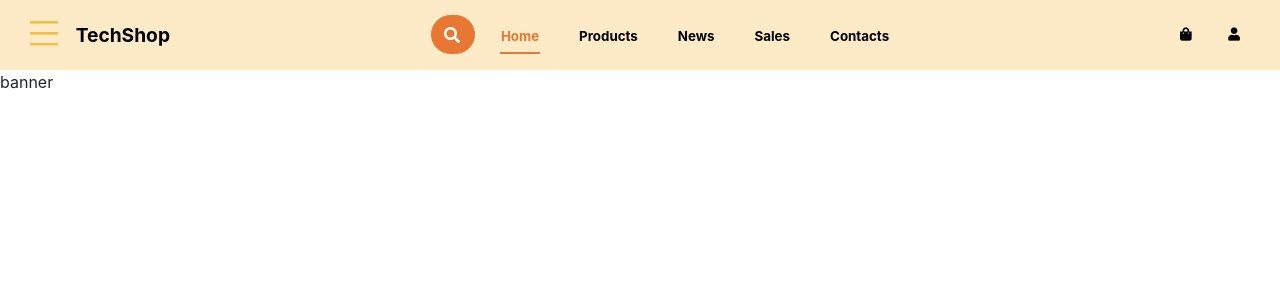
Repository: dinhngocup/TechShop
Page: /home
The author's editor kept a copy of each file at every save. The page is drawn from the files as they stood at one save, then again after a run of saves.
The browser window is 1280 px wide. The pictures show the whole page.
Some web libraries are served in a nearby version. The project was rebuilt for these pictures with package versions that can differ from the ones it lists, and the page was loaded fresh each time. Also part of the build but not shown: src/App.css, src/components/news.jsx, src/components/Home/Banner/_banner.scss.

Above is the page before, as saved 2021-03-17 02:09:07.

### public/index.html
<!doctype html>
<html lang="en">
  <head>
    <title>Title</title>
    <!-- Required meta tags -->
    <meta charset="utf-8">
    <meta name="viewport" content="width=device-width, initial-scale=1, shrink-to-fit=no">

    <!-- Bootstrap CSS -->
    <link rel="stylesheet" href="https://stackpath.bootstrapcdn.com/bootstrap/4.3.1/css/bootstrap.min.css" integrity="sha384-ggOyR0iXCbMQv3Xipma34MD+dH/1fQ784/j6cY/iJTQUOhcWr7x9JvoRxT2MZw1T" crossorigin="anonymous">

    <!-- Font awesome-->
    <link rel="stylesheet" href="https://maxcdn.bootstrapcdn.com/font-awesome/4.7.0/css/font-awesome.min.css">
    <link rel="stylesheet" href="https://cdnjs.cloudflare.com/ajax/libs/font-awesome/5.13.0/css/all.min.css">
  </head>
  <body>
    <div id="root"></div>
    <!-- Optional JavaScript -->
    <!-- jQuery first, then Popper.js, then Bootstrap JS -->
    <script src="https://code.jquery.com/jquery-3.3.1.slim.min.js" integrity="sha384-q8i/X+965DzO0rT7abK41JStQIAqVgRVzpbzo5smXKp4YfRvH+8abtTE1Pi6jizo" crossorigin="anonymous"></script>
    <script src="https://cdnjs.cloudflare.com/ajax/libs/popper.js/1.14.7/umd/popper.min.js" integrity="sha384-UO2eT0CpHqdSJQ6hJty5KVphtPhzWj9WO1clHTMGa3JDZwrnQq4sF86dIHNDz0W1" crossorigin="anonymous"></script>
    <script src="https://stackpath.bootstrapcdn.com/bootstrap/4.3.1/js/bootstrap.min.js" integrity="sha384-JjSmVgyd0p3pXB1rRibZUAYoIIy6OrQ6VrjIEaFf/nJGzIxFDsf4x0xIM+B07jRM" crossorigin="anonymous"></script>
  </body>
</html>

### src/App.js
import Header from "./components/Header/header";
import "./App.css";
import News from './components/news'
import Home from './components/Home/home'
import {
  BrowserRouter as Router,
  Switch,
  Route,
} from "react-router-dom";
function App() {
  return (
    <Router>
      <Header />
      <Switch>
        <Route path="/home" component={Home}/>
        <Route path="/shopping-cart" />
        <Route path="/user-info" />
        <Route path="/products" />
        <Route path="/news" component={News}/>
        <Route path="/sales" />
        <Route path="/contacts" />
      </Switch>
    </Router>
  );
}

export default App;

### src/components/Header/header.jsx
import React from 'react';
import './_header.scss'
import Menu from './Menu/menu'
import Nav from './Nav/nav'
import Info from './Info/info'

function Header() {
    return (
        <div className='header d-flex'>
            <Menu />
            <Nav />
            <Info />
        </div>
    );
}

export default Header;

### src/components/Home/home.jsx
import React from 'react'
import Banner from './Banner/banner'
import './_home.scss'
function Home() {
    return (
        <div className="body-content">
            <Banner />

        </div>
    )
}



export default Home

### src/components/Header/_header.scss
.header {
   height: 70px;
   background-color: rgb(252,235,198);
   flex-direction: row;
   align-items: center;
   justify-content: space-between;
   padding: 0px 30px;
   width: 100%;
   position: fixed;
}

### src/components/Header/Menu/menu.jsx
import React, { useState, useEffect } from "react";
import "./_menu.scss";
import { Link } from "react-router-dom";
import MenuItem from "./menu-item";

function Menu() {
  const [isHiddingMenu, setIsHiddingMenu] = useState(false);
  const [nav, setNav] = useState("");
  const [li, setLi] = useState("");

  //const [menuItems, setMenuItems] = useState("");

  const placeLiElement = (li, nav) => {
    let boundary_y = li[0].getBoundingClientRect().top;
    li.forEach((el, i) => {
      let top =
        el.getBoundingClientRect().top +
        el.getAttribute("data-group") * -11 -
        boundary_y;
      el.style.setProperty("--top", top);
      el.style.setProperty("--delay-close", `${i * 0.1}s`);
      el.style.setProperty("--delay-open", `${(li.length - i) * 0.1}s`);
    });
    nav.classList.toggle("nav-closed");

  }


  //get nav & li position
  useEffect(() => {
    let navElement = document.getElementById("hidden-menu");
    let liElement = navElement.querySelectorAll("li");
    let group_size = Math.ceil(liElement.length / 3);
    let group_index = 0;
    setNav(navElement);
    setLi(liElement);
    liElement.forEach((e, i) => {
      e.setAttribute("data-group", group_index);
      group_index =
        i % group_size === group_size - 1 ? group_index + 1 : group_index;
    });

    setIsHiddingMenu(true);
    placeLiElement(liElement, navElement);
    //console.log('1', isHiddingMenu);

  }, []);

  const showMenu = (isHiddingMenu) => {
    const menuItemsFromDB = [
      {
        label: "Home",
        to: "/home",
        activeOnlyWhenExact: false,
      },
      {
        label: "Contacts",
        to: "/contacts",
        activeOnlyWhenExact: false,
      },
      {
        label: "News",
        to: "/news",
        activeOnlyWhenExact: false,
      },
      {
        label: "Products",
        to: "/products",
        activeOnlyWhenExact: false,
      },
      {
        label: "Sales",
        to: "/sales",
        activeOnlyWhenExact: false,
      },
    ];

    let res = null;
    if (menuItemsFromDB.length > 0)
      res = menuItemsFromDB.map((item, index) => {
        let data = {
          label: item.label,
          to: item.to,
          activeOnlyWhenExact: item.activeOnlyWhenExact,
        };

        return (
          <li key={index}>
            <MenuItem data={data}
            isHiddingMenu={isHiddingMenu}
            handleHideMenu={HandleHiddenMenu}/>
          </li>
        );
      });
    return res;
  };

  const HandleHiddenMenu = (e) => {
    setIsHiddingMenu(!isHiddingMenu);
    //console.log('2', isHiddingMenu);



    // if declare e.preventDef and e.stopPropa, direct to new page is prevented
    //e.preventDefault();

    placeLiElement(li, nav);

    //e.stopPropagation();
  };
  return (

    <div className="fluid-container menu">
      <div className="row">
        <div className="col hidden-menu-container">
          <ul className="hidden-menu" id="hidden-menu">
            {showMenu(isHiddingMenu)}

            <button className="nav-toggle" onClick={HandleHiddenMenu}>
              X
            </button>
          </ul>
        </div>
        <div className="col">
          <Link className="shop-name" to="/home">
            TechShop
          </Link>
        </div>
      </div>
    </div>
  );
}

export default Menu;

### src/components/Header/Nav/nav.jsx
import React from "react";
import './_nav.scss'
import {
  NavLink,
} from "react-router-dom";
import Search from './search'
function Nav(props) {
    return (

        <div className='nav-bar d-flex'>
            <Search />
            <nav className='nav'>
                <ul>
                    <li>
                        <NavLink
                            activeClassName='active'
                            to="/home"
                            exact>
                            Home
                        </NavLink>
                    </li>
                    <li>
                        <NavLink
                            activeClassName='active'
                            to="/products">
                            Products
                        </NavLink>
                    </li>
                    <li>
                        <NavLink
                            activeClassName='active'
                            to="/news">
                            News
                        </NavLink>
                    </li>
                    <li>
                        <NavLink
                            activeClassName='active'
                            to="/sales">
                            Sales
                        </NavLink>
                    </li>
                    <li>
                        <NavLink
                            activeClassName='active'
                            to="/contacts">
                            Contacts
                        </NavLink>
                    </li>
                </ul>
            </nav>


        </div>
    );
}

export default Nav;

### src/components/Header/Info/info.jsx
import React from "react";
import "./_info.scss";
import {
  NavLink,
} from "react-router-dom";

function Info() {
    return (
        <div className="info-group d-flex">
            <NavLink
                activeClassName='active'
                to="/shopping-cart">
                <i className="fa fa-shopping-bag"></i>
            </NavLink>
            <NavLink
                activeClassName='active'
                to="/user-info">
                <i className="fa fa-user"></i>
            </NavLink>
        </div>
    );
}

export default Info;

### src/components/Home/Banner/banner.jsx
import React from "react";
import "./_banner.scss";
function Banner() {
  return (
    <div>
      banner
    </div>
  );
}

export default Banner;

### src/components/Home/_home.scss
.body-content {
    //overflow: hidden;
    padding-top: 70px;
    width: 100%;
}

### src/components/Header/Menu/_menu.scss
@import '../Shared.scss';
.menu {
    width: 140px;
    .shop-name {
        font-weight: bold;
        font-size: larger;
        color: black;
        text-decoration: none;
    }

    .hidden-menu-container {
        display: relative;
        z-index: 999;
        .hidden-menu {
            display: inline-block;
            list-style-type: none;

            position: absolute;
            top:0;
            list-style-type: none;
            padding: 0;
            margin: 0;
            width: 200px;
            li {
                overflow: visible;
                height: 60px;
                width: 100%;
                background-color: rgb(244, 190, 67);

                transform-origin: 0 0;
                transition: transform 0.6s ease;
                transition-delay: var(--delay-open);
                padding: 20px 40px;
                align-items: center;
                a {
                    text-align: center;
                    color: rgba(255, 255, 255, 0.6);
                    font-size: 16px;
                    &:hover {
                        text-decoration: none;
                        color: white !important;
                        box-shadow: 10px 0px 40px -5px #fff;
                    }
                    &.active {
                        color: white;
                        font-weight: 700;
                    }

                }
            }
            .nav-toggle {
                position: absolute;
                top: 0;
                width: 50px;
                height: 50px;
                /* opacity: 0; */
                cursor: pointer;
                transform-origin: 0 0;
                outline: none;
                margin-left: 10px;
                right: 0;
                transition: right 1s ease, opacity 1s ease;
                opacity: 1;
                background-color: rgb(244, 190, 67);
                border: none;
                color:rgba(255, 255, 255, 0.6);
            }

            .nav-toggle:hover {
                border-radius: 50%;
                background-color: rgba(244, 190, 67, 0.1);
                color: white

            }
        }

        .nav-closed a {
            color: rgb(244, 190, 67);
        }

        .nav-closed li {
            transform: translateY(calc(var(--top) * -1px)) scaleY(0.04) scaleX(0.14);
            transition-delay: var(--delay-close);
            color: rgb(244, 190, 67);
        }

        .nav-closed .nav-toggle {
            right: calc(100% - 50px);
            opacity: 0;
        }
    }
}

### src/components/Header/Menu/menu-item.jsx
import React from 'react'
import PropTypes from 'prop-types'
import { Route, NavLink } from "react-router-dom";

MenuItem.propTypes = {
    data: PropTypes.object.isRequired,
    isHiddingMenu: PropTypes.bool.isRequired,
    handleHideMenu: PropTypes.func,
}

function MenuItem(props) {
    const {data, isHiddingMenu, handleHideMenu} = props;
    //console.log('3',isHiddingMenu)


    return (
        <Route
          path={data.to}
          exact={data.activeOnlyWhenExact}
          children={() => {
            if (isHiddingMenu) return <span>{data.label}</span>;
            return (
              <NavLink
                activeClassName="active"
                to={data.to}
                exact={data.activeOnlyWhenExact}
                onClick={handleHideMenu}
              >
                {data.label}
              </NavLink>
            );
          }}
        />
      );
}


export default MenuItem

### src/components/Header/Nav/_nav.scss
.nav-bar {
    align-items: center;
    .nav {
        ul {
            padding: 0;
            margin: 0;
            li {
                display: inline;
                padding: 20px;
                font-size: smaller;
                font-weight: bold;
                position: relative;
                a {
                    color: black;
                    transition: 0.8s;
                    &:after {
                        transition: 0.8s;
                        position: absolute;
                        content: "";
                        background-color: #E77733;

                        height: 2px;
                        width: 0%;

                        bottom: 10px;
                        left:0;
                        right: 0;

                        margin: 0 auto;
                    }
                    &:hover {
                        text-decoration: none;
                        color: #E77733;
                        &:after {
                            width: 50%;
                        }
                    }
                }
                .active {
                    color: #E77733;
                    &:after {
                        position: absolute;
                        content: "";
                        background-color: #E77733;

                        height: 2px;
                        width: 50%;

                        bottom: 10px;
                        left:0;
                        right: 0;

                        margin: 0 auto;
                    }
                }


            }
        }

    }
}

### src/components/Header/Nav/search.jsx
import React from 'react'
import PropTypes from 'prop-types'
import './_search.scss'


function Search(props) {
    return (
        <form  className='search-form'>
            <input type="search" />
            <i className="fa fa-search"></i>
        </form>
    )
}



export default Search

### src/components/Header/Info/_info.scss

@import '../Shared.scss';

.info-group {
    font-size: smaller;
    justify-content: space-between;
    align-items: center;
    width: 80px;
    a {
        color: black;
        i {
            padding: 10px;
            border-radius: 50%;
            &:hover {
                box-shadow: 10px 0px 40px -5px #E77733, inset 0px 0px 40px 0px white;
            }
        }
        &.active {
            i {
                @include inset-shadow-active;
            }
        }

    }
}

### src/components/Header/Shared.scss
@mixin inset-shadow {
    padding: 10px;
    border-radius: 50%;
    box-shadow: inset 0px 0px 10px 0px white;
    &:hover {
        box-shadow: 10px 0px 40px -5px #E77733, inset 0px 0px 40px 0px white;
    }

}

@mixin inset-shadow-active {
    transition: 0.8s;
    box-shadow: 0 0 0px 2px #E77733, inset 0px 0px 40px 0px white;


}

### src/components/Header/Nav/_search.scss
.search-form {
    z-index: 999;
    display: inline;
    position: relative;

    width: 50px;
    height: 40px;

    input {
        padding-left: 40px;
        position: absolute;
        top: 0;
        left: 0;
        width: 40px;

        line-height: 35px;

        //     font-size: 1em;
        border-radius: 25px;
        border: solid 1px #E77733;
        transition: 0.8s;
        background-color: #E77733;
        pointer-events: none;
        &:focus {
            outline: none;
        }
    }
    &:hover {
        i {
            color: #E77733;
            background-color: white;
        }
        input {
            pointer-events: visible;
            width: 470px;
            background-color: white;
        }
    }
    i {
        box-sizing: border-box;

        position: absolute;
        top: 2px;
        left: 3px;
        border-radius: 50%;
        padding: 10px;
        background-color: #E77733;
        color: white
    }
}

// form:hover{
//     width: 200px;
//     cursor: pointer;
// }

// form:hover input{
//     display: block;
// }

// form:hover .fa{
//     background: #07051a;
//     color: white;
// }

Loaded but not shown: src/index.js (common file); src/index.css (common file); src/reportWebVitals.js (common file)

After the next 3 saves:
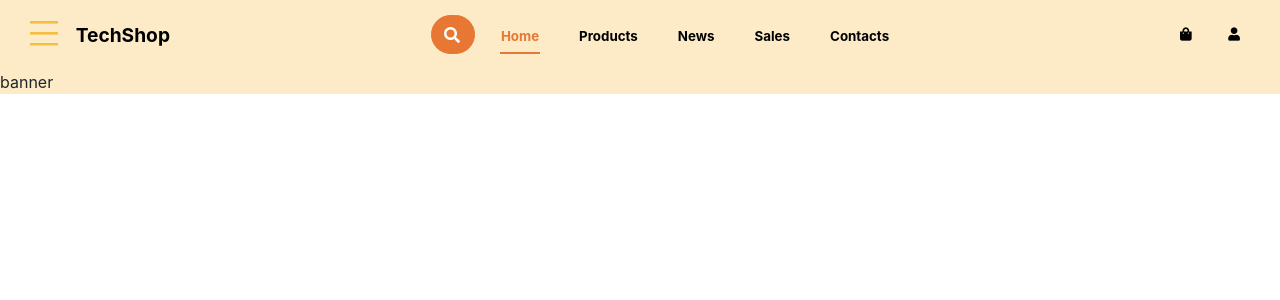
The 3 saves are shown as one change because 1 did not build or start and some came seconds apart.
The last was saved 19 h 24 min later.
--- a/src/components/Home/_home.scss
+++ b/src/components/Home/_home.scss
@@ -2,4 +2,5 @@
     //overflow: hidden;
     padding-top: 70px;
     width: 100%;
+    background-color: rgb(252,235,198);
 }
